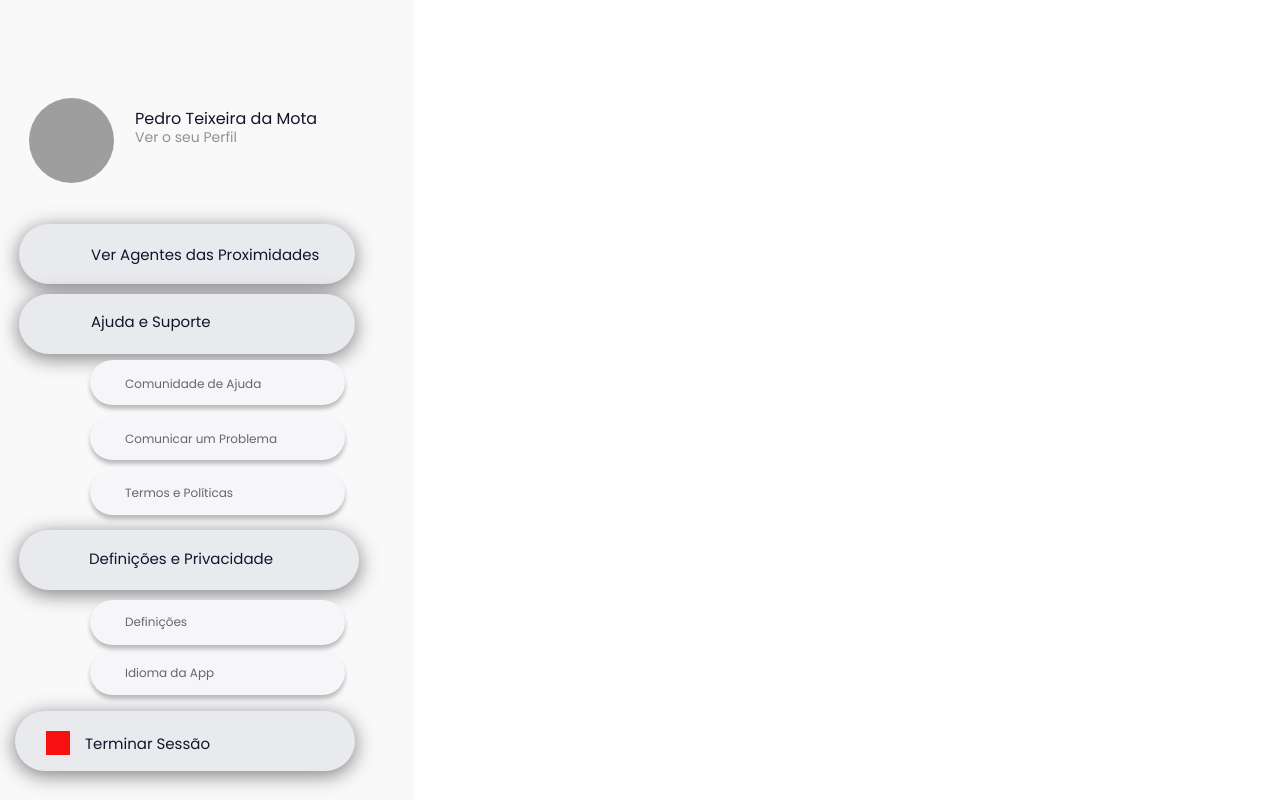
Repository: UnivMinho/D12_frontend
Page: Responsável no Terreno/Front-Office/Menu.html
The author's editor kept a record of every edit. The page is drawn from the files as they stood at one moment, then again after the next edit.
The browser window is 1280 px wide. The pictures show the whole page.
Pictures or frames that could not be fetched are drawn as grey boxes.

Above is the page before.

After the next edit:
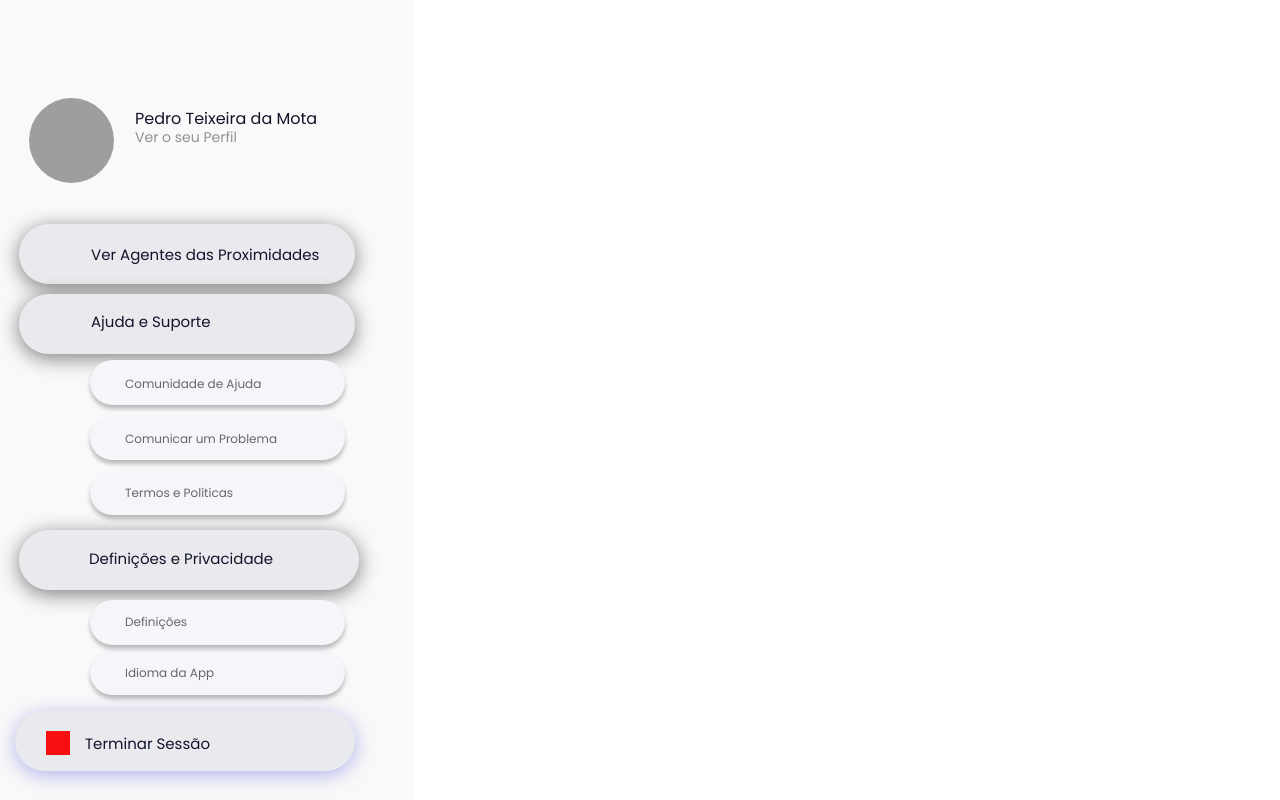
The edit:
--- a/Responsável no Terreno/Front-Office/Menu.css
+++ b/Responsável no Terreno/Front-Office/Menu.css
@@ -318,7 +318,7 @@
   border-top-right-radius: 50px;
   border-bottom-left-radius: 50px;
   border-bottom-right-radius: 50px;
-  box-shadow: 0px 4px 20px rgba(0.40784314274787903, 0.4274509847164154, 0.8784313797950745, 0.5);
+  box-shadow: 0px 4px 20px rgba(104, 109, 224, 0.5);
   overflow: hidden;
   border: none;
 }
